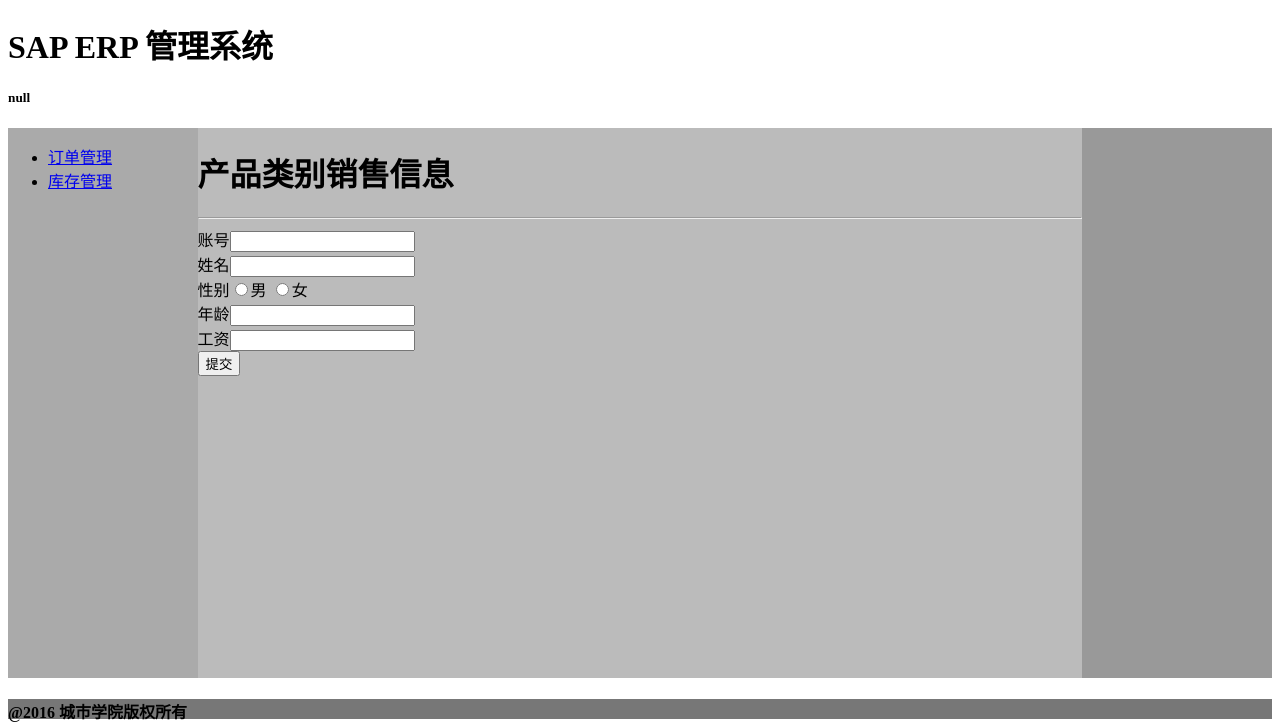
Repository: flowerthorn/javaee-test
Page: http://localhost/sapweb/productcategory/salesmain.jsp
An editor plug-in stored every save of this project. The page is shown before and after the next save, followed by the edit.
The browser window is 1280 px wide. The pictures show the whole page.
The page is served by Tomcat 9. Other server files are loaded and not shown.

Above is the page before, as saved 2016-12-05 06:00:47.

### 12_ JSTL I18N标记编程/12.05/sapweb/WebContent/productcategory/salesmain.jsp
<%@ page language="java" contentType="text/html; charset=UTF-8"
    pageEncoding="UTF-8"%>
<!DOCTYPE html PUBLIC "-//W3C//DTD HTML 4.01 Transitional//EN" "http://www.w3.org/TR/html4/loose.dtd">
<html>
<head>
<meta http-equiv="Content-Type" content="text/html; charset=UTF-8">
<title>Insert title here</title>
<link rel="stylesheet" type="text/css" href="../css/oa.css">
</head>
<body>
<div id="top">
<%@ include file="../include/header.jsp" %>
</div>
<div id="mainarea">
	<div id="left">
      <%@ include file="../include/left.jsp" %>
	</div>
	<div id="main">
		<form action="../employee/add.action" >
		  <h1>产品类别销售信息</h1><hr/>
		  账号<input type="text" name="eid"><br/>
		  姓名<input type="text" name="ename"><br/>
		  性别<input type="radio" name="sex">男
		    <input type="radio" name="sex">女<br/>
		  年龄<input type="text" name="age"><br/>
		  工资<input type="text" name="sal"><br/>
		  <input type="submit" value="提交">
		</form>
	</div>
</div>
<div id="footer">
<%@ include file="../include/footer.jsp" %>
</div>
</body>
</html>

### 12_ JSTL I18N标记编程/12.05/sapweb/WebContent/include/header.jsp
<%@ page language="java" contentType="text/html; charset=UTF-8"
    pageEncoding="UTF-8"%>
<h1>SAP ERP 管理系统</h1>
<%
  String userid=request.getParameter("id");
%>
<h5><%=userid %></h5>

### 12_ JSTL I18N标记编程/12.05/sapweb/WebContent/include/left.jsp
<%@ page language="java" contentType="text/html; charset=UTF-8"
    pageEncoding="UTF-8"%>
  <ul>
  		<li><a href="../home/main.do">订单管理</a></li>
         <li><a href="../department/main.do">库存管理</a></li>
      </ul>

### 12_ JSTL I18N标记编程/12.05/sapweb/WebContent/include/footer.jsp
<%@ page language="java" contentType="text/html; charset=UTF-8"
    pageEncoding="UTF-8"%>

<h4>@2016 城市学院版权所有</h4>

### 12_ JSTL I18N标记编程/12.05/sapweb/WebContent/css/oa.css
#header{
	width:100%;
	height:50px;
	background-color:#888;

}

#mainarea{
	width:100%;
	height:550px;
	background-color:#999;

}

#left{
	width:15%;
	height:550px;
	background-color:#AAA;
	float:left;

}

#main{
	width:70%;
	height:550px;
	background-color:#BBB;
	float:left;

}

#right{
	width:15%;
	height:400px;
	background-color:#CCC;
	float:left;

}

#footer{
	width:100%;
	height:20px;
	background-color:#777;
	clear:both;

}

After the next save:
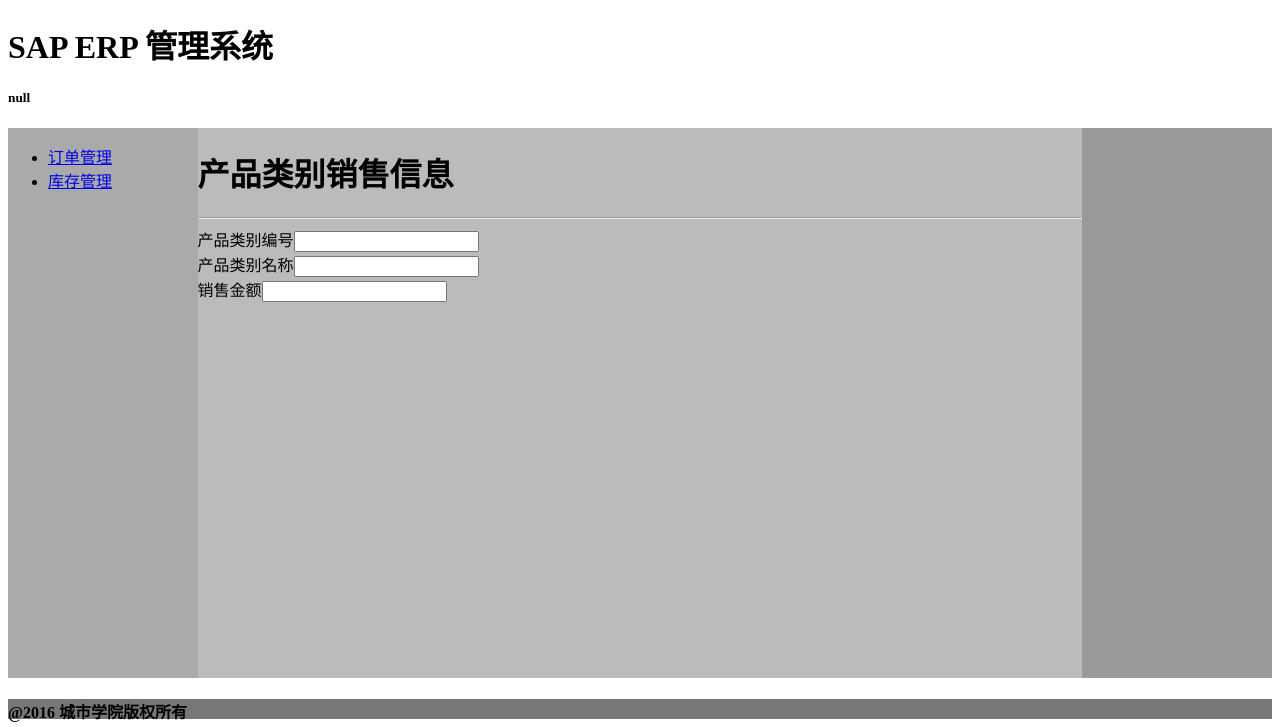
Saved 2 min 6 s later.
--- a/12_ JSTL I18N标记编程/12.05/sapweb/WebContent/productcategory/salesmain.jsp
+++ b/12_ JSTL I18N标记编程/12.05/sapweb/WebContent/productcategory/salesmain.jsp
@@ -18,13 +18,9 @@
 	<div id="main">
 		<form action="../employee/add.action" >
 		  <h1>产品类别销售信息</h1><hr/>
-		  账号<input type="text" name="eid"><br/>
-		  姓名<input type="text" name="ename"><br/>
-		  性别<input type="radio" name="sex">男
-		    <input type="radio" name="sex">女<br/>
-		  年龄<input type="text" name="age"><br/>
-		  工资<input type="text" name="sal"><br/>
-		  <input type="submit" value="提交">
+		  产品类别编号<input type="text" name="id"><br/>
+		  产品类别名称<input type="text" name="name"><br/>
+		  销售金额<input type="text" name="salary"><br/>
 		</form>
 	</div>
 </div>
